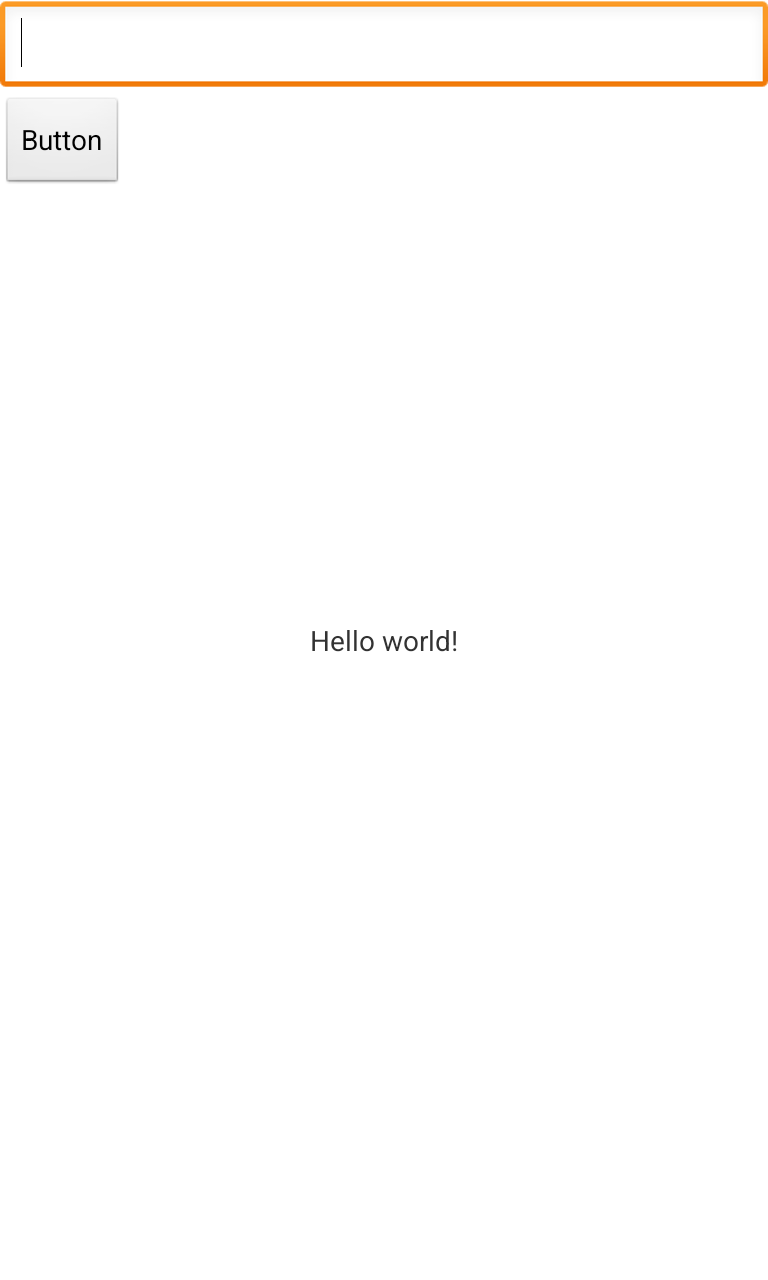
Repository: Shadow55AA/Archive-Android
Layout: SocketsClient/SocketsClient/res/layout/activity_sockets_client.xml
An editor plug-in stored every save of this project. The layout is shown before and after the next save, followed by the edit.
It is drawn on a 768 x 1280 px phone screen (xhdpi) without system bars, with theme AppTheme; the app's code is not run.

Above is the layout before, as saved 2012-08-31 22:25:06.

### SocketsClient/SocketsClient/res/layout/activity_sockets_client.xml
<RelativeLayout xmlns:android="http://schemas.android.com/apk/res/android"
    xmlns:tools="http://schemas.android.com/tools"
    android:layout_width="match_parent"
    android:layout_height="match_parent" >

    <TextView
        android:layout_width="wrap_content"
        android:layout_height="wrap_content"
        android:layout_centerHorizontal="true"
        android:layout_centerVertical="true"
        android:text="@string/hello_world"
        tools:context=".SocketsClient" />

    <EditText
        android:id="@+id/editText1"
        android:layout_width="wrap_content"
        android:layout_height="wrap_content"
        android:layout_alignParentLeft="true"
        android:layout_alignParentRight="true"
        android:layout_alignParentTop="true"
        android:ems="10" >

        <requestFocus />
    </EditText>

    <Button
        android:id="@+id/button1"
        android:layout_width="wrap_content"
        android:layout_height="wrap_content"
        android:layout_alignParentLeft="true"
        android:layout_below="@+id/editText1"
        android:text="Button" />

</RelativeLayout>

### SocketsClient/SocketsClient/res/values/strings.xml
<resources>

    <string name="app_name">SocketsClient</string>
    <string name="hello_world">Hello world!</string>
    <string name="menu_settings">Settings</string>
    <string name="title_activity_sockets_client">SocketsClient</string>
    <string name="btn_send">Send</string>

</resources>

Loaded but not shown: SocketsClient/SocketsClient/res/values/styles.xml (common file)

After the next save:
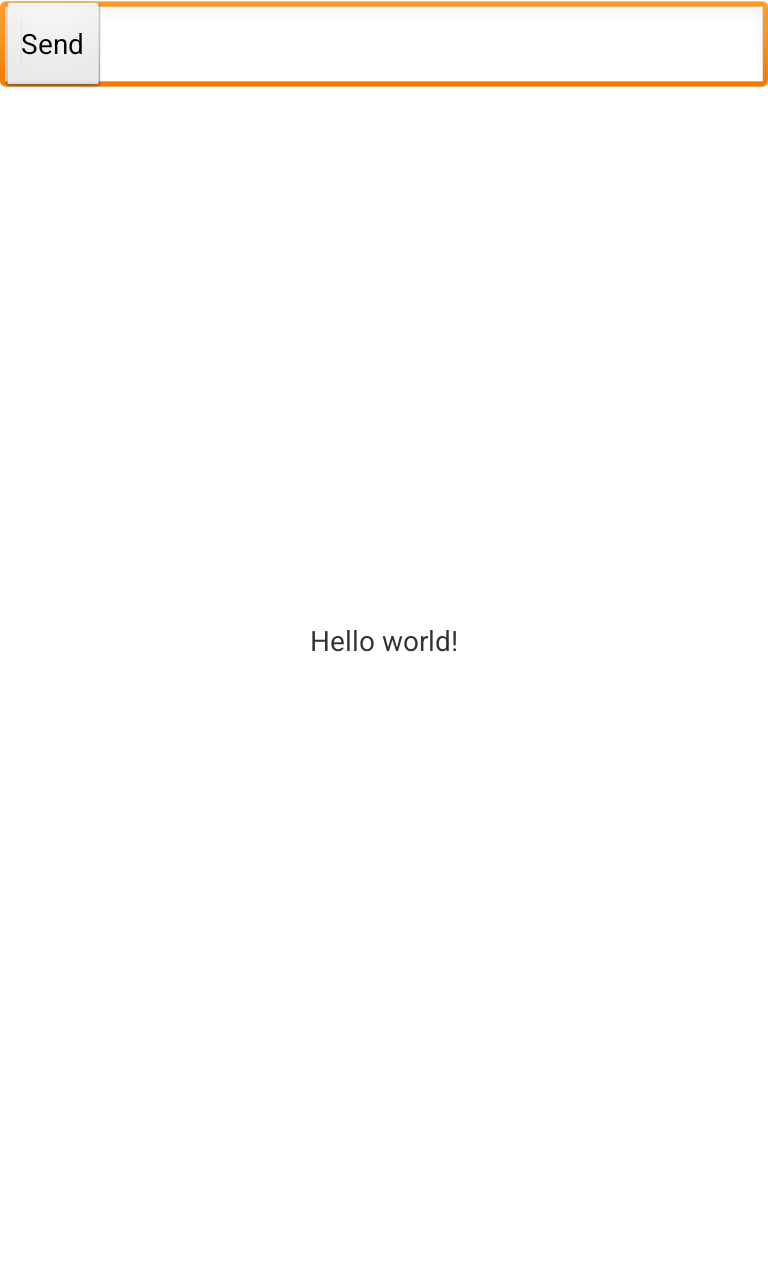
Saved 2 min 55 s later.
--- a/SocketsClient/SocketsClient/res/layout/activity_sockets_client.xml
+++ b/SocketsClient/SocketsClient/res/layout/activity_sockets_client.xml
@@ -12,7 +12,7 @@
         tools:context=".SocketsClient" />
 
     <EditText
-        android:id="@+id/editText1"
+        android:id="@+id/outtext"
         android:layout_width="wrap_content"
         android:layout_height="wrap_content"
         android:layout_alignParentLeft="true"
@@ -29,6 +29,6 @@
         android:layout_height="wrap_content"
         android:layout_alignParentLeft="true"
         android:layout_below="@+id/editText1"
-        android:text="Button" />
+        android:text="@string/btn_send" />
 
 </RelativeLayout>
